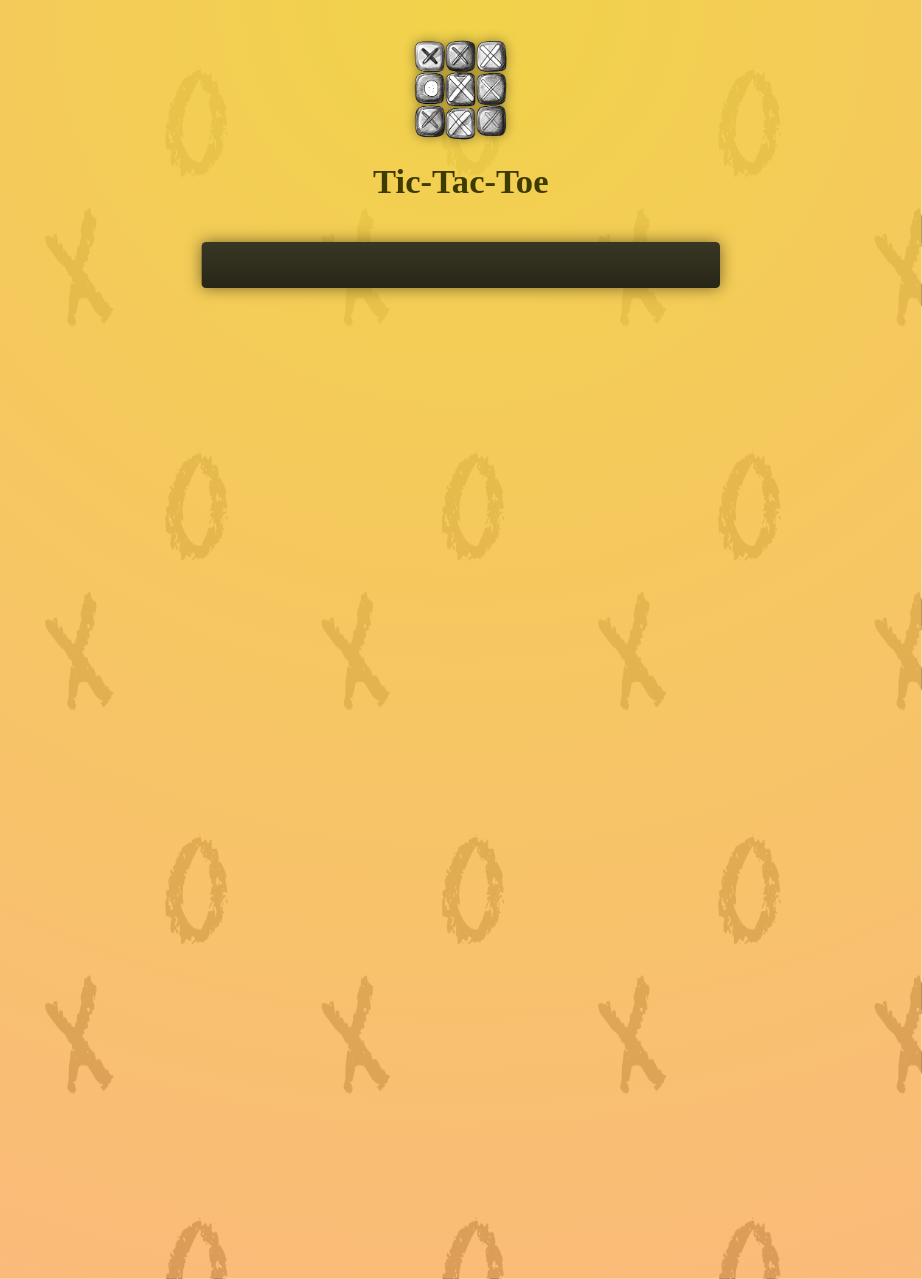
Repository: collyrium921/tic-tac-toe
Page: /
These files come from the project's save history. The page is drawn as it stood at one moment and after a run of saves; the edit follows.
The browser window is 1280 px wide. The pictures show the whole page, at 72% of full size.
Some web fonts or font styles are not loaded; a fallback is used. The project was rebuilt for these pictures with package versions that can differ from the ones it lists, and the page was loaded fresh each time. Also part of the build but not shown: vite.config.js.

Above is the page before, as saved 2024-05-23 00:42:06.

### index.html
<!DOCTYPE html>
<html lang="en">
  <head>
    <meta charset="UTF-8" />
    <link rel="icon" type="image/svg+xml" href="/game-logo.png" />
    <meta name="viewport" content="width=device-width, initial-scale=1.0" />
    <title>React Tic-Tac-Toe</title>
  </head>
  <body>
    <header>
      <img src="game-logo.png" alt="tic tac toe">
      <h1>Tic-Tac-Toe</h1>
    </header>
    <div id="root"></div>
    <script type="module" src="/src/index.jsx"></script>
  </body>
</html>

### src/App.jsx

function App() {


  return (
    <main>
      <div id="game-container"></div>
    </main>
  )
}

export default App

Loaded but not shown: src/index.jsx (common file); src/index.css (common file)

After the next 2 saves:
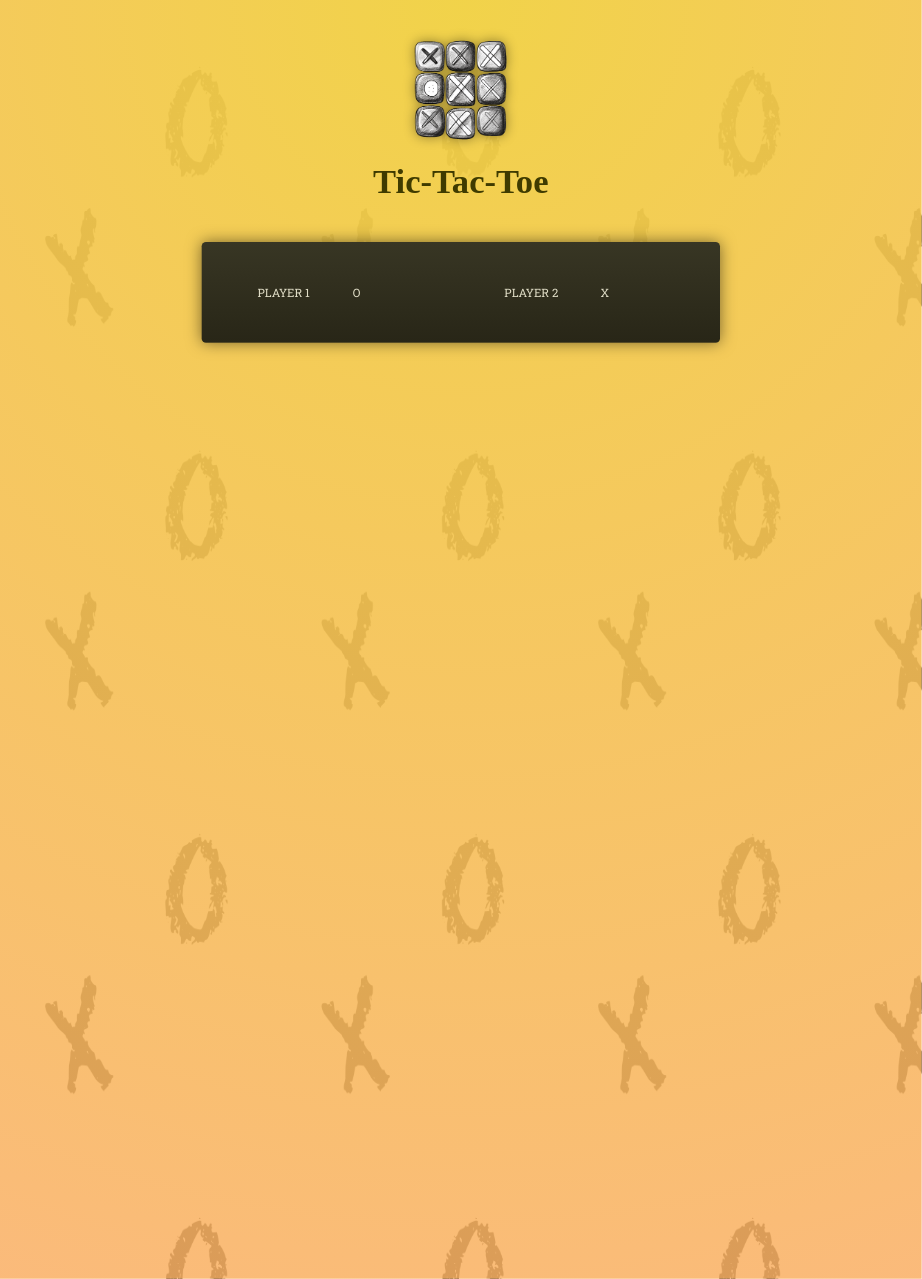
The 2 saves are shown as one change because they came seconds apart.
The last was saved 99 s later.
--- a/src/App.jsx
+++ b/src/App.jsx
@@ -1,12 +1,20 @@
-
 function App() {
-
-
   return (
     <main>
-      <div id="game-container"></div>
+      <div id="game-container">
+        <ol id="players">
+          <li>
+            <span className="player-name">Player 1</span>
+            <span className="player-symbol">O</span>
+          </li>
+          <li>
+            <span className="player-name">Player 2</span>
+            <span className="player-symbol">X</span>
+          </li>
+        </ol>
+      </div>
     </main>
-  )
+  );
 }
 
-export default App
+export default App;
